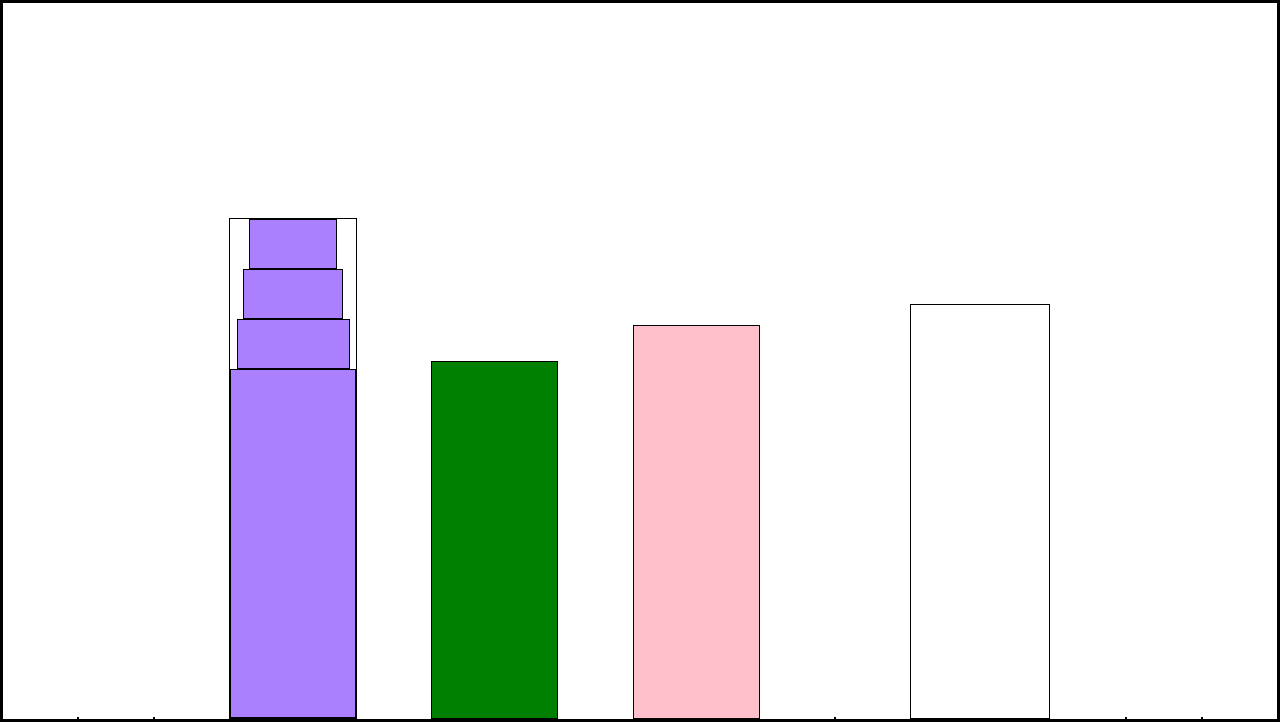
Repository: Lungdjos/city_skyline
Page: index.html
An editor plug-in stored every save of this project. The page is shown before and after a run of saves, followed by the edit.
The browser window is 1280 px wide. The pictures show the whole page.

Above is the page before, as saved 2023-12-11 10:21:03.

### index.html
<!DOCTYPE html>
<html lang="en">

<head>
    <meta charset="UTF-8">
    <meta name="viewport" content="width=device-width, initial-scale=1.0">
    <title>City Skyline</title>
    <link href="styles.css" rel="stylesheet" />
</head>

<body>
    <div class="background-buildings">
        <div></div>
        <div></div>
        <div class="bb1">
            <div class="bb1a"></div>
            <div class="bb1b"></div>
            <div class="bb1c"></div>
            <div class="bb1d"></div>
        </div>
        <div class="bb2"></div>
        <div class="bb3"></div>
        <div></div>
        <div class="bb4"></div>
        <div></div>
        <div></div>
    </div>
</body>

</html>

### styles.css
* {
    border: 1px solid black;
    box-sizing: border-box;
}

body {
    height: 100vh;
    margin: 0;
    overflow: hidden;
}

.background-buildings {
    width: 100%;
    height: 100%;
    display: flex;
    justify-content: space-evenly;
    align-items: flex-end;
}

.bb1 {
    width: 10%;
    height: 70%;
    display: flex;
    flex-direction: column;
    align-items: center;
    --building-color1: #aa80ff;
    --building-color2: #66cc99;
    --building-color3: #cc6699;
}

.bb1a {
    width: 70%;
    height: 10%;
    background-color: var(--building-color1);
}

.bb1b {
    width: 80%;
    height: 10%;
    background-color: var(--building-color1);
}

.bb1c {
    width: 90%;
    height: 10%;
    background-color: var(--building-color1);
}

.bb1d {
    width: 100%;
    height: 70%;
    background-color: var(--building-color1);
}

.bb2 {
    height: 50%;
    width: 10%;
    background-color: var(--building-color2, green);
}

.bb3 {
    width: 10%;
    height: 55%;
    background-color: var(--building-color3, pink);
}

.bb4 {
    height: 58%;
    width: 11%;
}

After the next 4 saves:
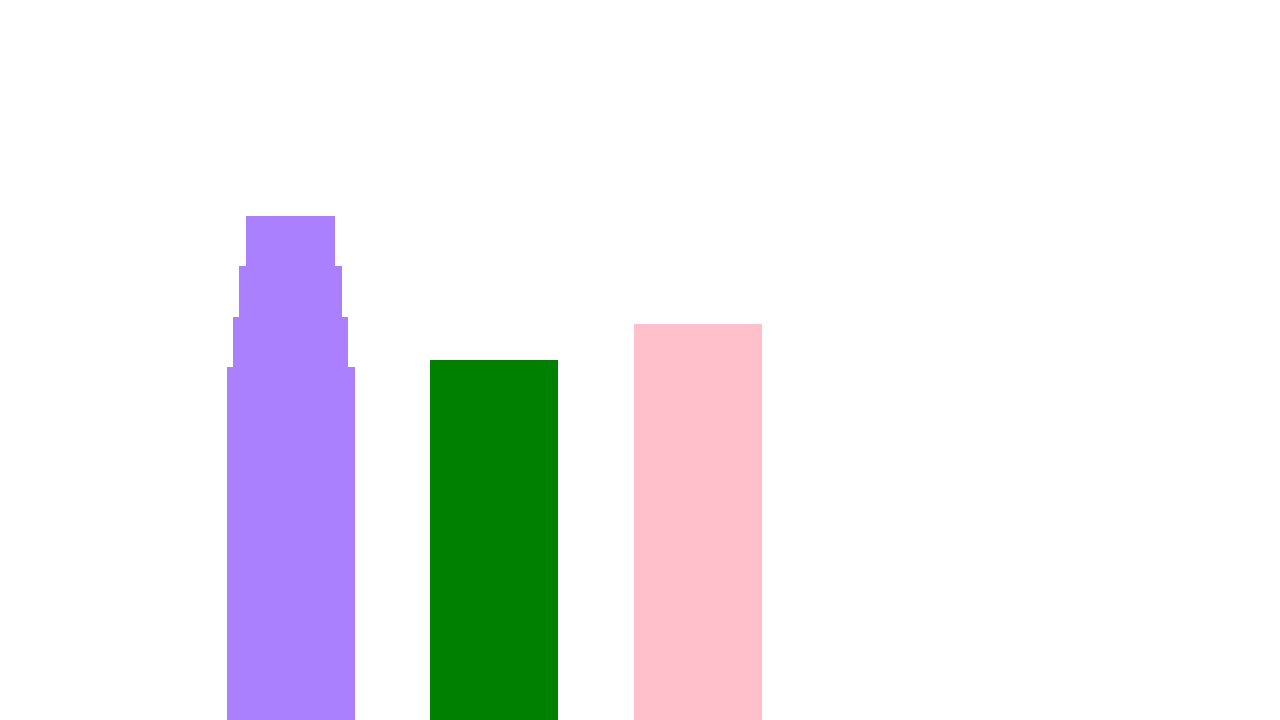
The 4 saves are shown as one change because they came seconds apart.
The last was saved 20 min 38 s later.
--- a/styles.css
+++ b/styles.css
@@ -1,4 +1,4 @@
-* {
+: * {
     border: 1px solid black;
     box-sizing: border-box;
 }

After the save that followed:
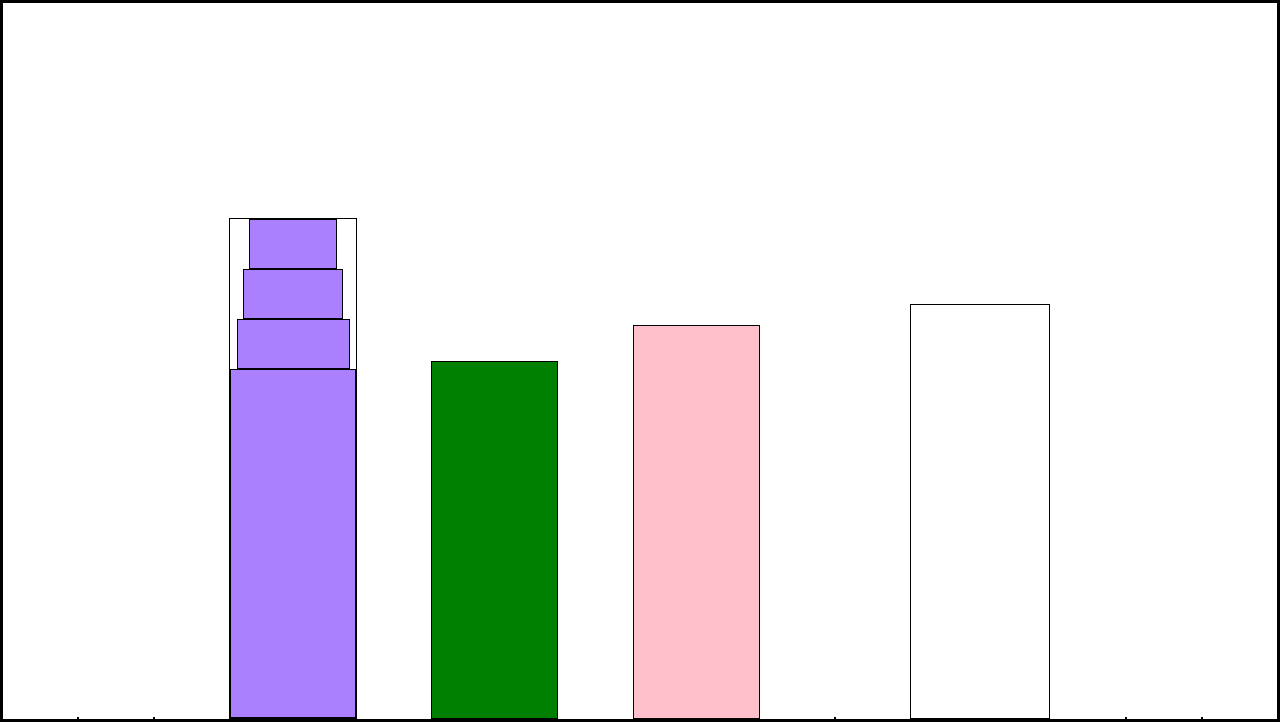
Saved 5 s later.
--- a/styles.css
+++ b/styles.css
@@ -1,4 +1,6 @@
-: * {
+:root {}
+
+* {
     border: 1px solid black;
     box-sizing: border-box;
 }
